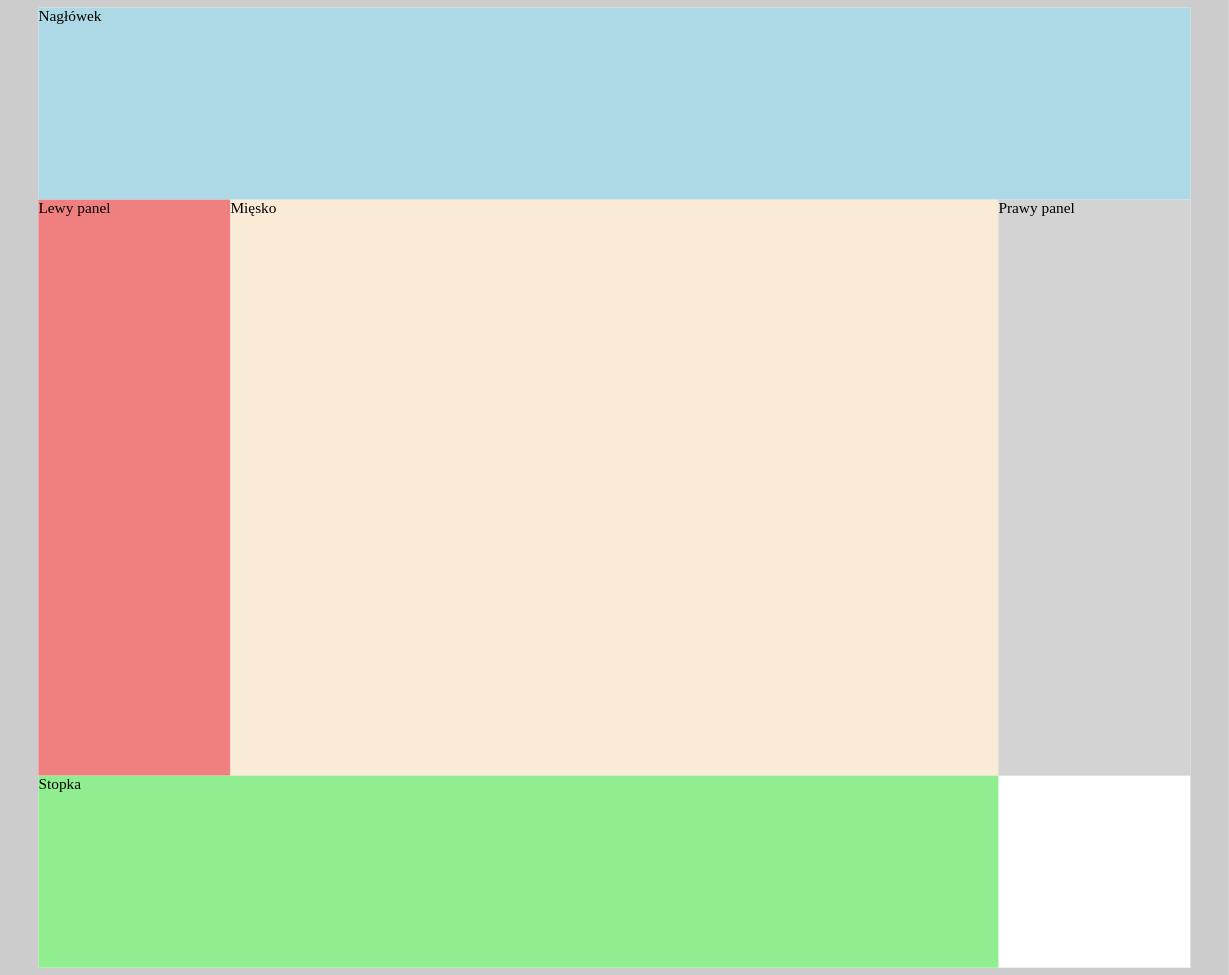
Repository: Gumiin/studia
Page: wykłady/14.04/index.html
The author's editor kept a copy of each file at every save. The page is drawn from the files as they stood at one save, then again after the next save.
The browser window is 1280 px wide. The pictures show the whole page, at 96% of full size.

Above is the page before, as saved 2021-04-14 14:11:36.

After the next save:
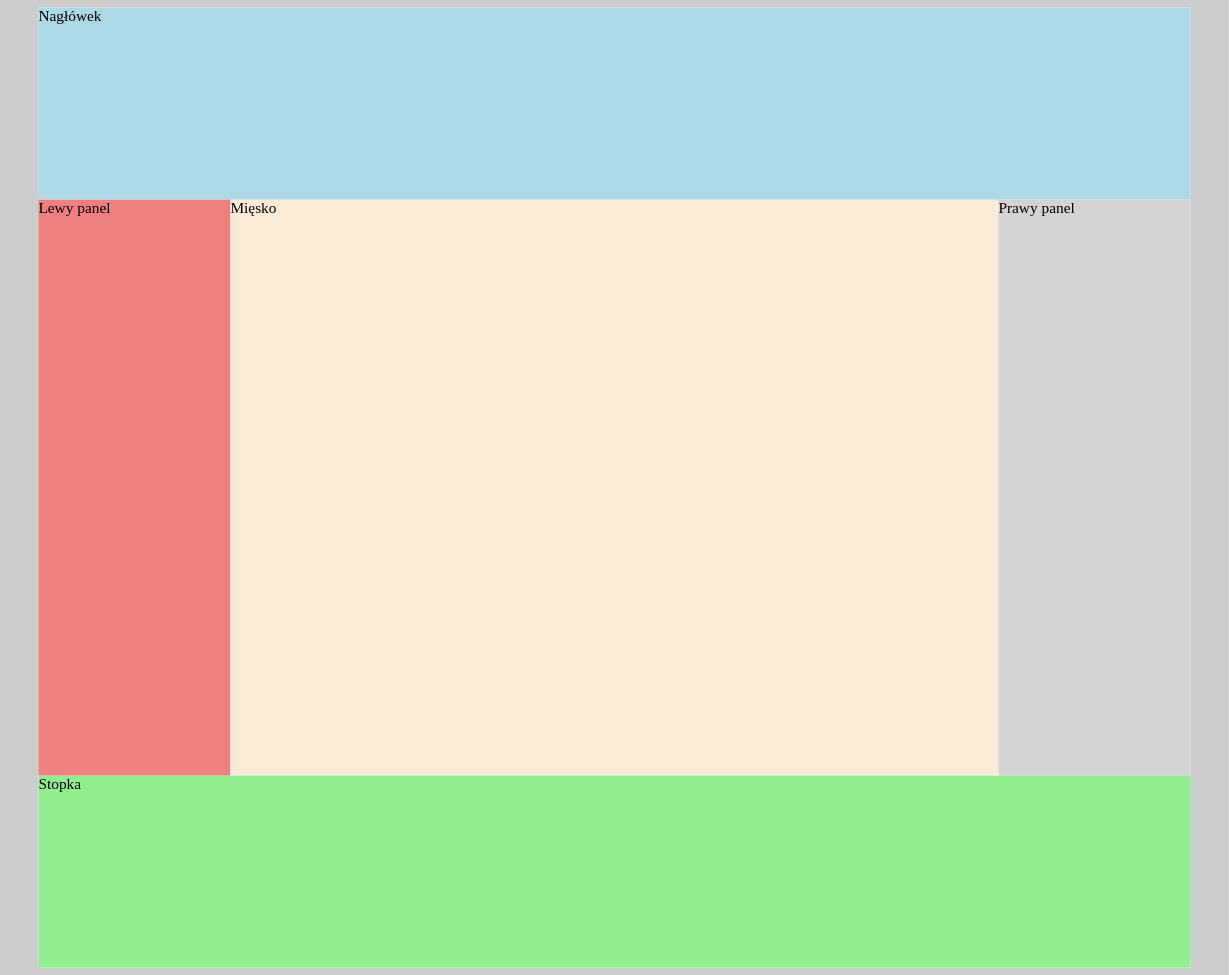
Saved 11 s later.
--- a/wykłady/14.04/style.css
+++ b/wykłady/14.04/style.css
@@ -35,5 +35,5 @@
 }
 footer{
     background-color: lightgreen;
-    grid-column: 1/3;
+    grid-column: 1/4;
 }
